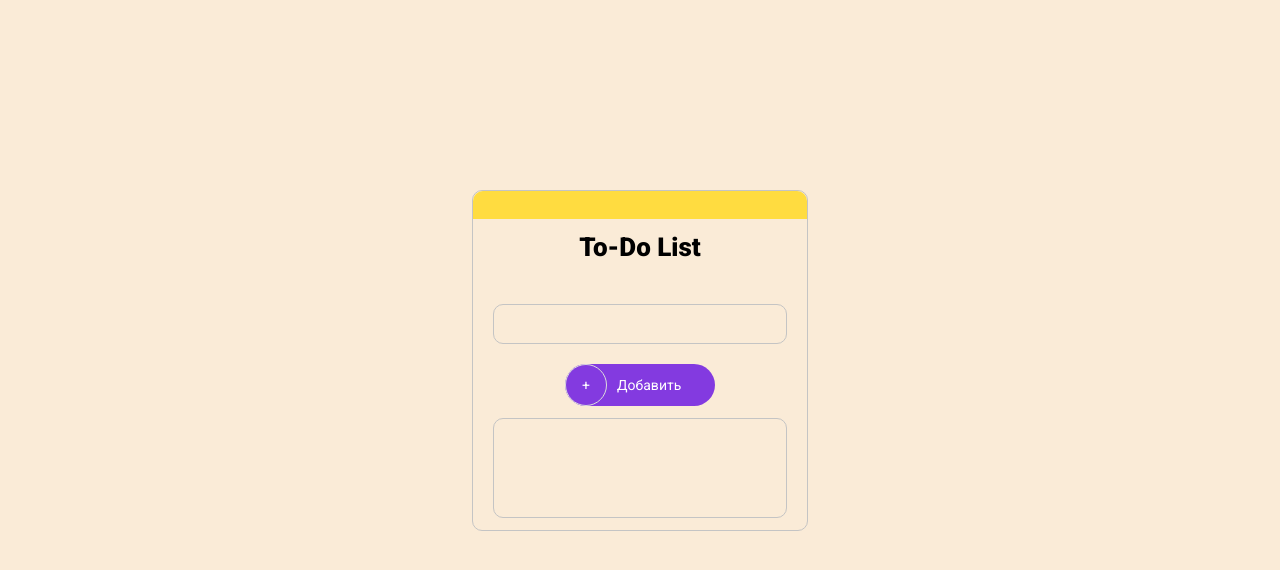
Repository: NatiqSamiyev/To-do-List-js
Page: insex.html
An editor plug-in stored every save of this project. The page is shown before and after a run of saves, followed by the edit.
The browser window is 1280 px wide. The pictures show the whole page.
Some web fonts or font styles are not loaded; a fallback is used.

Above is the page before, as saved 2023-10-31 12:08:41.

After the next 2 saves:
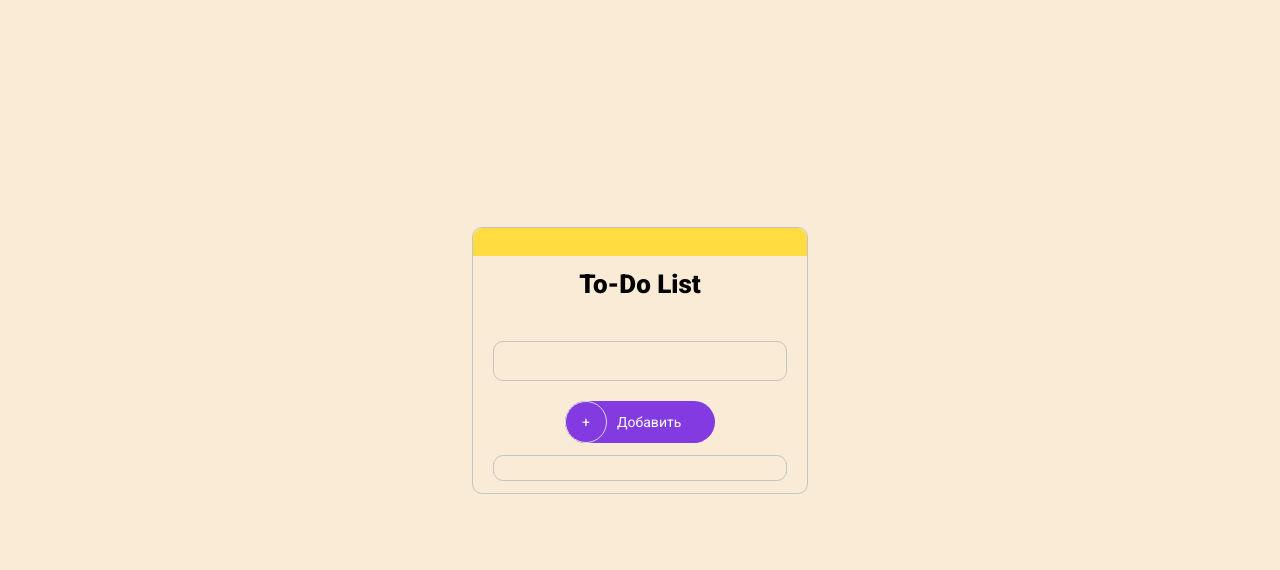
The 2 saves are shown as one change because they came seconds apart.
The last was saved 41 s later.
--- a/index.css
+++ b/index.css
@@ -9,7 +9,7 @@
 .list-container {
   width: 100%;
   min-height: 100vh;
-  display: flex;;
+  display: flex;
   justify-content: center;
   align-items: center;
   background-color: antiquewhite;
@@ -23,15 +23,15 @@
   border: 1px solid #c4c4c4;
   background: rgba(196, 196, 196, 0);
 }
-main{
+main {
   padding: 0 20px;
 }
-.yellow-box{
+.yellow-box {
   height: 28px;
-width: 100%;
-background-color: #FFDC40;
-border-top-right-radius: 10px;
-border-top-left-radius: 10px;
+  width: 100%;
+  background-color: #ffdc40;
+  border-top-right-radius: 10px;
+  border-top-left-radius: 10px;
 }
 form .color img {
   width: 100%;
@@ -61,16 +61,14 @@ input {
   cursor: pointer;
 }
 
-
 ul {
   margin-bottom: 12px;
   margin-top: 12px;
   padding: 12px 30px 12px 27px;
   width: 100%;
-  height: 100px;
   border-radius: 10px;
-border: 1px solid #C4C4C4;
-background: rgba(196, 196, 196, 0.00);
+  border: 1px solid #c4c4c4;
+  background: rgba(196, 196, 196, 0);
 }
 
 ul li {
@@ -93,7 +91,7 @@ ul li img {
   width: 20px;
   height: 20px;
 }
-button{
+button {
   border: none;
   background: none;
 }
